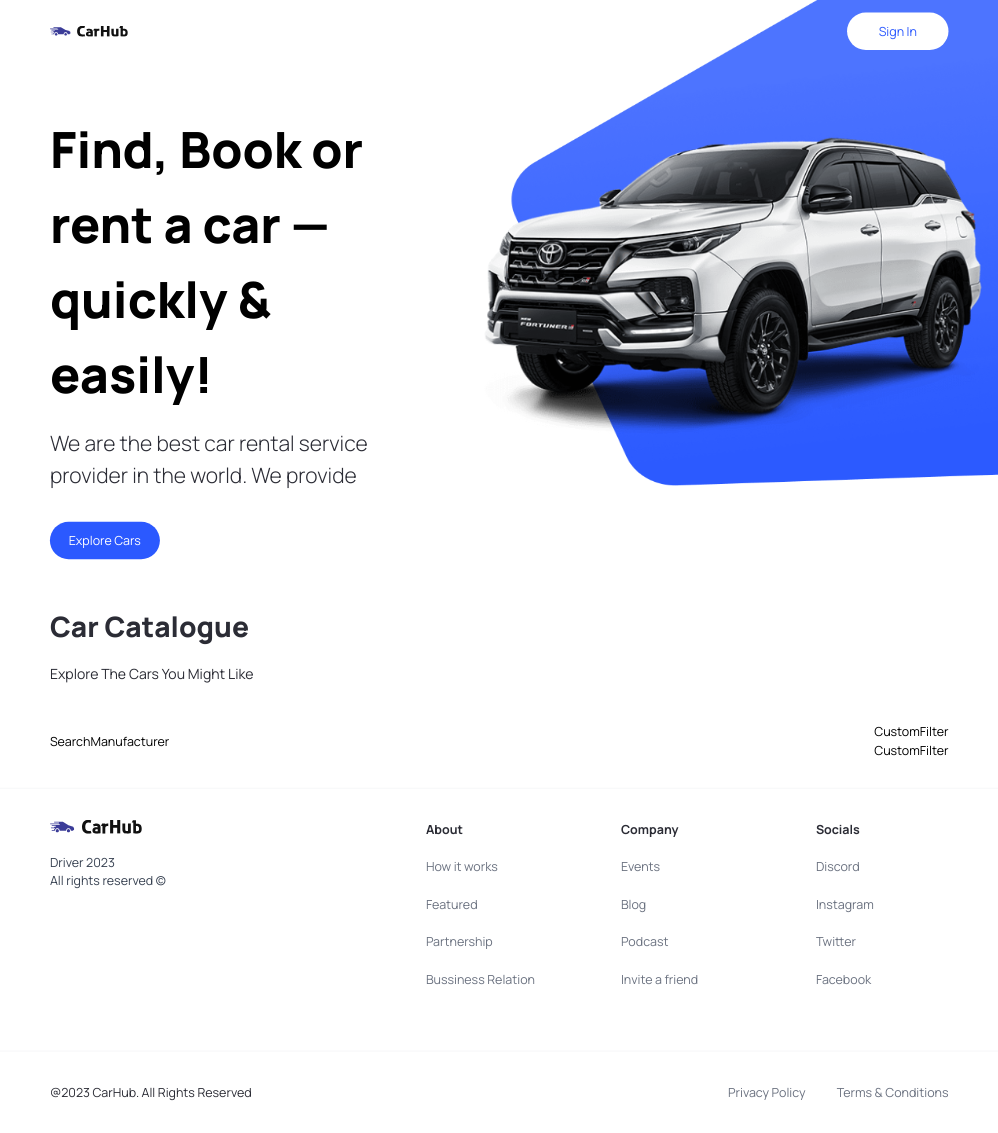
Repository: MikeeBuilds/driver
Page: /
An editor plug-in stored every save of this project. The page is shown before and after a run of saves, followed by the edit.
The browser window is 1280 px wide. The pictures show the whole page, at 78% of full size.
The project was rebuilt for these pictures with package versions that can differ from the ones it lists, and the page was loaded fresh each time. The framework's server and built-in components were replaced by stand-ins that run in the browser. Also part of the build but not shown: next.config.js.

Above is the page before, as saved 2023-06-24 11:15:51.

After the next 2 saves:
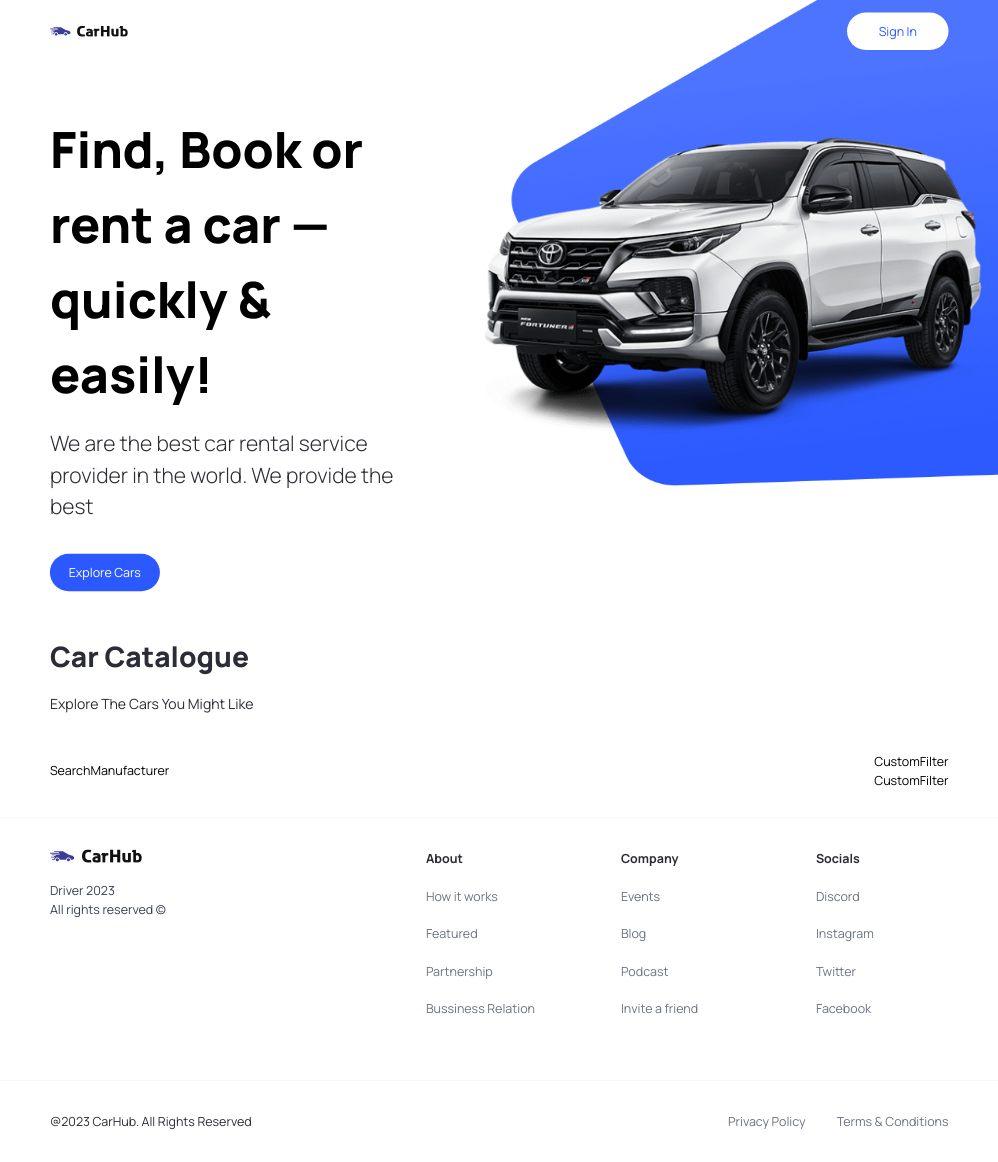
The 2 saves are shown as one change because they came seconds apart.
The last was saved 9 s later.
--- a/components/Hero.tsx
+++ b/components/Hero.tsx
@@ -17,7 +17,7 @@
             </h1>
 
             <p className='hero__subtitle'>
-                We are the best car rental service provider in the world. We provide
+                We are the best car rental service provider in the world. We provide the best
             </p>
 
             <CustomButton
